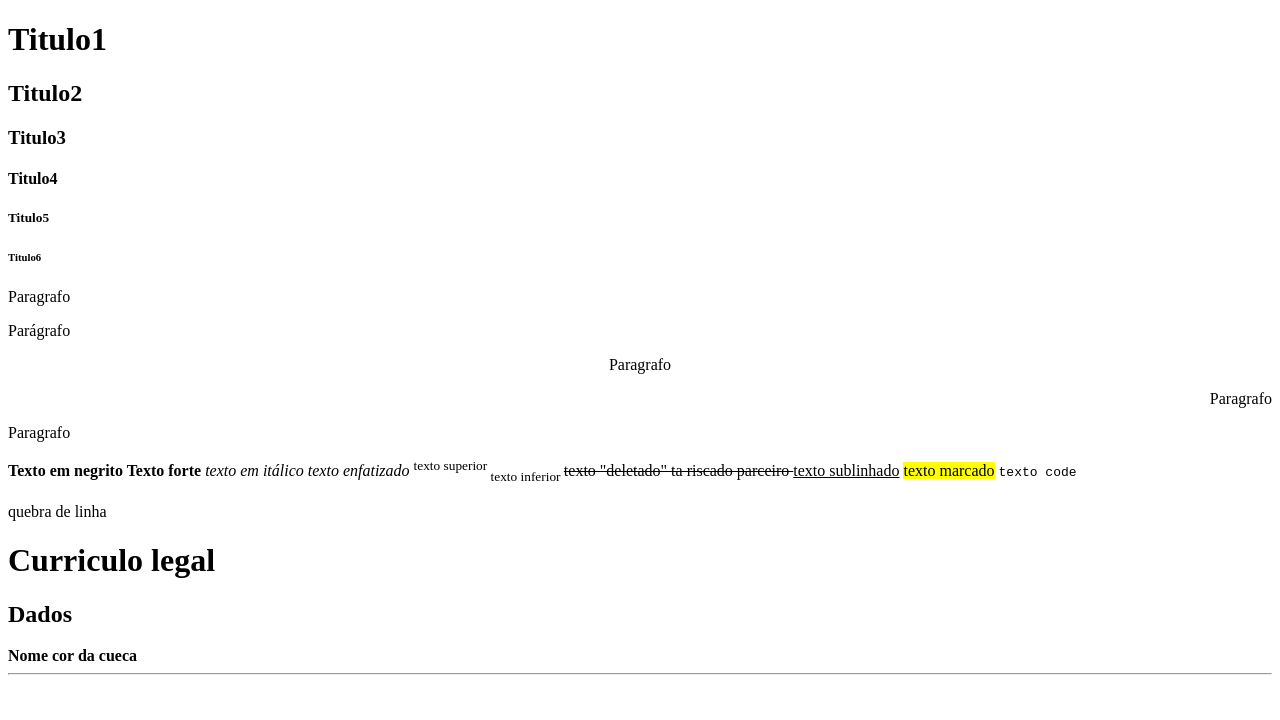
Repository: EmanuelUrbano/introducao_a_tecnologias
Page: estudos/estudo_html/index.html
The author's editor kept a copy of each file at every save. The page is drawn from the files as they stood at one save, then again after the next save.
The browser window is 1280 px wide. The pictures show the whole page.

Above is the page before, as saved 2022-04-03 12:59:17.

After the next save:
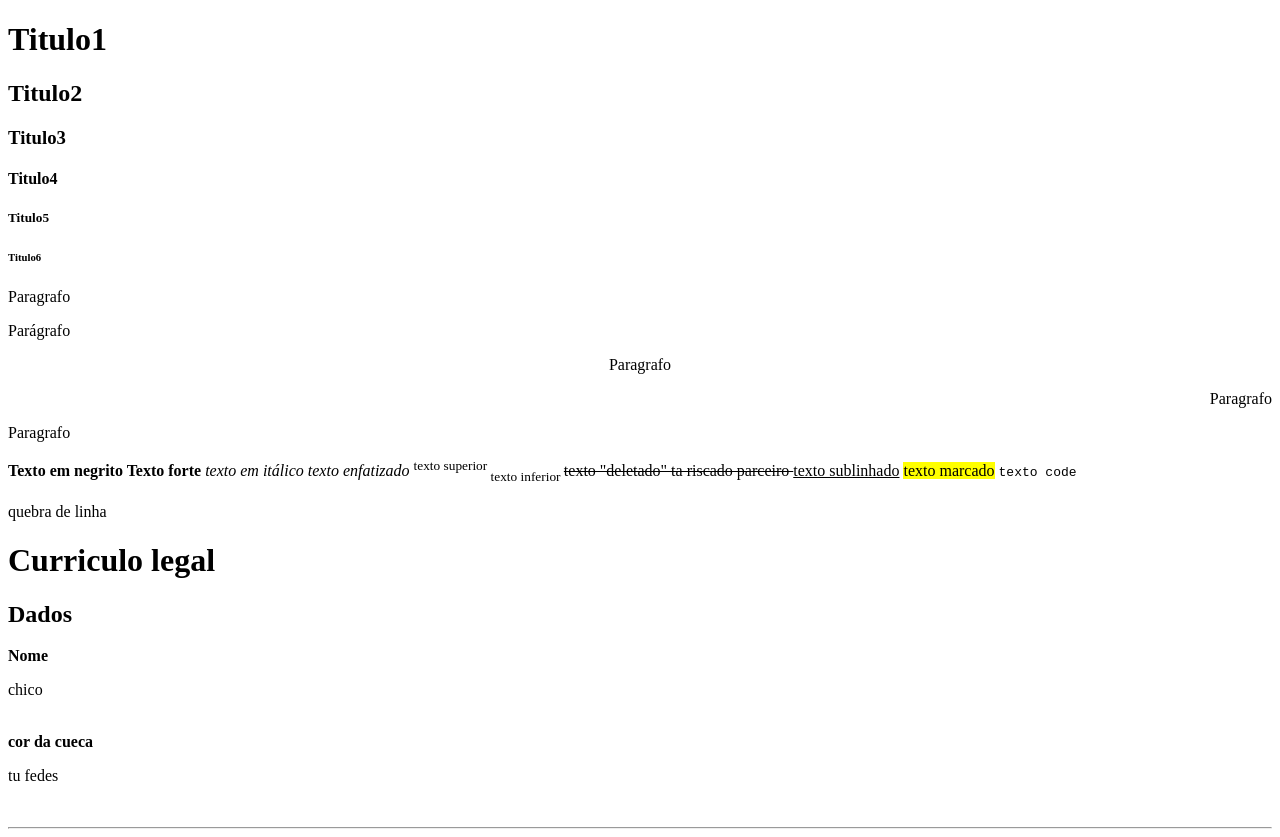
Saved 34 s later.
--- a/estudos/estudo_html/index.html
+++ b/estudos/estudo_html/index.html
@@ -39,8 +39,8 @@
             <!--Titulo seção-->
             <h2>Dados</h2>
             <!--"formulário"-->
-            <b>Nome</b>
-            <b>cor da cueca</b>
+            <b>Nome</b><p>chico</p><br>
+            <b>cor da cueca</b><p>tu fedes</p><br>
         </section>
         <!--linha de separação-->
         <hr>
